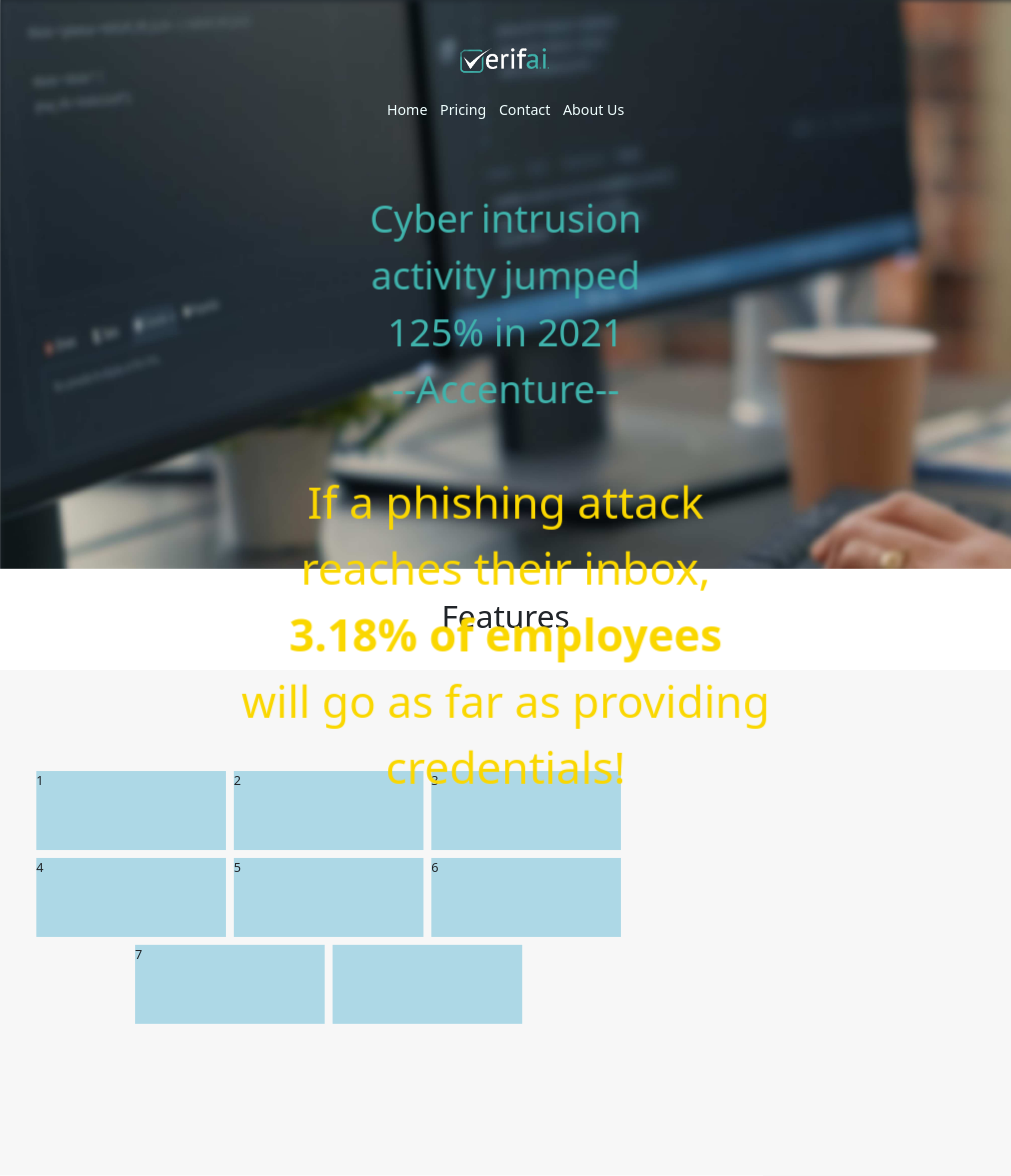
Repository: Ali-VB/verif-website
Page: /
These files come from the project's save history. The page is drawn as it stood at one moment and after the next save; the edit follows.
The browser window is 1280 px wide. The pictures show the whole page, at 79% of full size.
The project was rebuilt for these pictures with package versions that can differ from the ones it lists, and the page was loaded fresh each time.

Above is the page before, as saved 2022-04-19 10:55:24.

### src/index.css
 body {
  margin: 0;
  padding: 0;
  font-family: -apple-system, BlinkMacSystemFont, 'Segoe UI', 'Roboto', 'Oxygen',
    'Ubuntu', 'Cantarell', 'Fira Sans', 'Droid Sans', 'Helvetica Neue',
    sans-serif;
  -webkit-font-smoothing: antialiased;
  -moz-osx-font-smoothing: grayscale;
}

/* code {
  font-family: source-code-pro, Menlo, Monaco, Consolas, 'Courier New',
    monospace;
}  */

### src/App.js
import React from "react";
import './App.css'
import Navbar from './components/Navbar/Navbar';
import Features from './components/Features/Features'
import Header from './components/Header/Header'


function App() {
  return (
    <div>
      <div className="nav-bg">
        <Navbar />
        <Header />

      </div>
       <Features />
    </div>

  );
}

export default App;

### src/App.css

.nav-bg{
    background-image: url("./Assets/imgs/nav-bg.png");
    height: 100vh;
}

### src/components/Navbar/Navbar.jsx
import React from "react";
import "./Navbar.css";
import verifLogo from "../../Assets/imgs/logo_verif_white.png";
import Header from "../Header/Header";

function Navbar() {
  return (
    <div className="container">
      <div className=" navbar">
        <img className="verif-logo" src={verifLogo} alt="verif-logo" />
        <ul className="navLink">
          <li>Home</li>
          <li>Pricing</li>
          <li>Contact</li>
          <li>About Us</li>
        </ul>
      </div>
    </div>
  );
}

export default Navbar;

### src/components/Features/Features.jsx
import React from "react";
import "./Features.css";
const Features = () => {
  return (
    <div>
      <div className="features-title-section">
        <h1 className="features-title">Features</h1>
      </div>
      <div className="features-section">
        <div className="feature-table">
          <div>1</div>
          <div>2</div>
          <div>3</div>
          <div>4</div>
          <div>5</div>
          <div>6</div>
          <div>7</div>
          <div></div>
        </div>
      </div>
    </div>
  );
};

export default Features;

### src/components/Header/Header.jsx
import React from "react";
import "./Header.css";

export default function Header() {
  return (
    <div className="header-animated">
      <div className="text-first">
        <span className="text-first-span">Cyber</span>
        <span className="text-first-span">intrusion</span>
        <span className="text-first-span">activity</span>
        <span className="text-first-span">jumped</span>
        <span className="text-first-span">125% in 2021</span>
        <span className="text-first-span">--Accenture--</span>
      </div>
      <div className="text-second">
        <span className="text-second-span">If a phishing attack reaches their inbox,</span>
        <span className="text-second-span">3.18% of employees</span>
        <span className="text-second-span">
          will go as far as providing credentials!
        </span>
      </div>
    </div>
  );
}

### src/components/Navbar/Navbar.css

.navbar{
    display: flex;
    flex-direction: column;
    justify-content: center;
    height:10rem;
}
.verif-logo{
    width: 8rem;
    margin-top: 3rem;
}
.verif-logo:hover{
    cursor: pointer;
}
.navLink{
    margin: 0;
    padding:0;
    list-style-type: none;
    display: flex;
    color: azure;
    font-size: 18px;
    gap: 1rem;

}
.navLink:hover{
    cursor: pointer;
}

### src/components/Features/Features.css
.features-title-section{
    height: 8rem;
    display: flex;
    justify-content: center;
    align-items: center;
}
.features-title{

}
.features-section{
    height: 40rem;
    background-color: #f7f7f7;
}
.feature-table{
    display: flex;
    flex-wrap: wrap;
    justify-content: center;
    align-items: center;
    align-content: center;
    width: 65%;
    height: 80vh;
    overflow: auto;
    flex-direction: row;
}
.feature-table div{
    width: 15rem;
    height: 100px;
    margin: 5px;
    background-color: lightblue;
}

### src/components/Header/Header.css
.header-animated{
    overflow-wrap:break-word;
    margin:0 auto;
    padding: 3rem 5rem;
}

.text-first {
    padding: 2rem 2rem;
    color: #40B3AC;
    font-size:3rem;
    width: 40%;
    margin: 0 auto;
    text-align: center;
    transform: scale(0.94);
    animation: scale 2s forwards cubic-bezier(0.5, 1, 0.89, 1);
  }
.text-second {
    padding: 2rem 2rem;
    color: #FAD700;
    font-size:3.5rem;
    width: 70%;
    margin: 0 auto;
    text-align: center;
    transform: scale(0.94);
    animation: scale 3s forwards cubic-bezier(0.5, 1, 0.89, 1);
  }
  @keyframes scale {
    100% {
      transform: scale(1);
    }
  }

  .text-first-span {
    display: inline-block;
    opacity: 0;
    filter: blur(4px);
  }

  .text-first-span:nth-child(1) {
    animation: fade-in 1s 0.1s forwards cubic-bezier(0.11, 0, 0.5, 0);
    margin: 0 0.3rem;
  }

  .text-first-span:nth-child(2) {
    animation: fade-in 1s 0.3s forwards cubic-bezier(0.11, 0, 0.5, 0);
    margin: 0 0.3rem;
  }

  .text-first-span:nth-child(3) {
    animation: fade-in 1s 0.5s forwards cubic-bezier(0.11, 0, 0.5, 0);
    margin: 0 0.3rem;
  }

  .text-first-span:nth-child(4) {
    animation: fade-in 1s 0.7s forwards cubic-bezier(0.11, 0, 0.5, 0);
    margin: 0 0.3rem;
  }

  .text-first-span:nth-child(5) {
    animation: fade-in 1s 0.9s forwards cubic-bezier(0.11, 0, 0.5, 0);
    margin: 0 0.3rem;
  }
  .text-first-span:nth-child(6) {
    animation: fade-in 1s 0.9s forwards cubic-bezier(0.11, 0, 0.5, 0);
    margin: 0 0.3rem;
  }

  .text-second-span {
    display: inline-block;
    opacity: 0;
    filter: blur(4px);
  }

  .text-second-span:nth-child(1) {
    animation: fade-in 1.2s 2.2s forwards cubic-bezier(0.11, 0, 0.5, 0);
    margin: 0 0.3rem;
  }

  .text-second-span:nth-child(2) {
    animation: fade-in 1.8s 2.6s forwards cubic-bezier(0.11, 0, 0.5, 0);
    margin: 0 0.3rem;
    font-weight: bolder;
  }

  .text-second-span:nth-child(3) {
    animation: fade-in 1.2s 3.6s forwards cubic-bezier(0.11, 0, 0.5, 0);
    margin: 0 0.3rem;
  }


  @keyframes fade-in {
    100% {
      opacity: 1;
      filter: blur(0);
    }
  }

  @media only screen and (max-width: 992px) {
    .text-first {
        margin-top: 3rem;
        margin-bottom: 2rem;
        padding: 0.1rem 0.1rem;
        width: 90%;
        font-size:3.5rem;


      }
      .text-second {
        padding: 0.1rem 0.1rem;
        width: 90%;
        font-size:4rem;

      }
  }

  @media only screen and (max-width: 768px) {
    .text-first {
        margin-top: 4.5rem;
        margin-bottom: 3rem;
        padding: 0.1rem 0.1rem;
        width: 90%;
        font-size:1.5rem;


      }
    .text-second {
        padding: 0.1rem 0.1rem;
        width: 90%;
        font-size:2.1rem;

      }
  }

Loaded but not shown: public/index.html (common file); src/index.js (common file); src/reportWebVitals.js (common file)

After the next save:
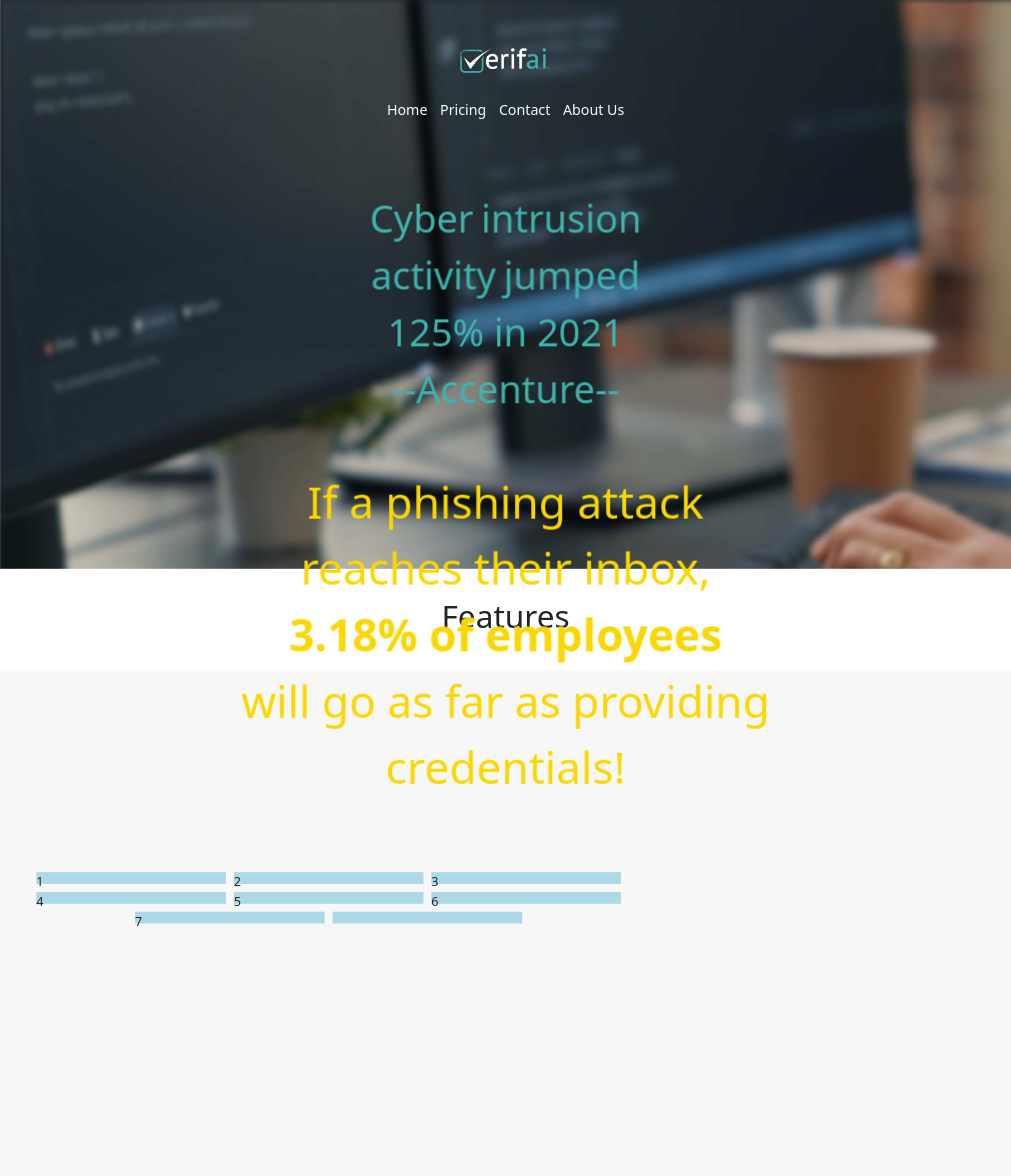
Saved 8 s later.
--- a/src/components/Features/Features.css
+++ b/src/components/Features/Features.css
@@ -24,7 +24,7 @@
 }
 .feature-table div{
     width: 15rem;
-    height: 100px;
+    height: 15px;
     margin: 5px;
     background-color: lightblue;
 }
